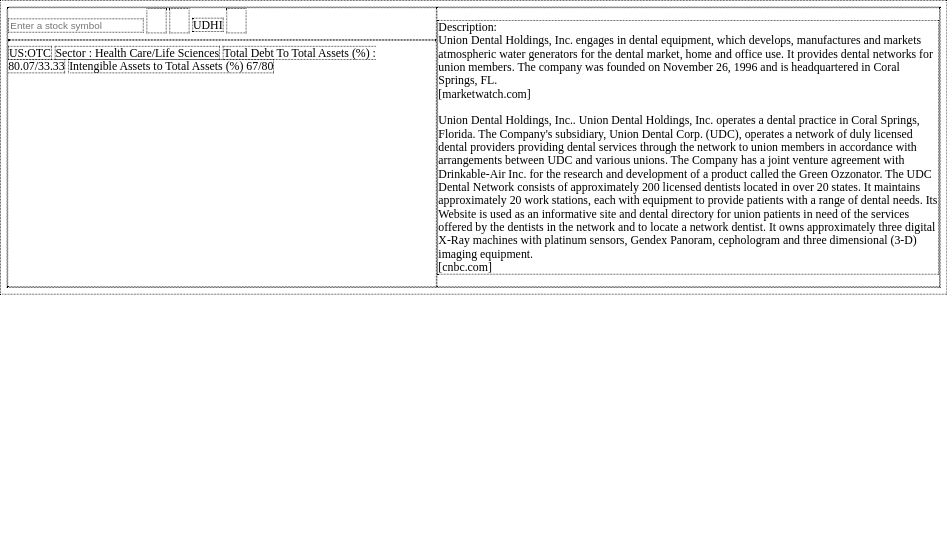
Repository: hadi4172/halal-stock-scanner
Page: popup.html
These files come from the project's save history. The page is drawn as it stood at one moment and after the next save; the edit follows.
The browser window is 1280 px wide. The pictures show the whole page, at 74% of full size.

Above is the page before, as saved 2020-09-24 14:16:23.

### popup.html
<!DOCTYPE html>
<html>

<head>
    <title>Halal Stock Scanner</title>
    <meta charset="UTF-8">
    <script src="popup.js"></script>
    <link rel="stylesheet" href="font-awesome/font-awesome.min.css">
    <link rel="stylesheet" type="text/css" href="popup.css">
</head>

<body>
    <div id=left>
        <input type=text maxlength=5 placeholder="Enter a stock symbol" />
        <i id=search-btn class="fa fa-trash fa-2x"></i>
        <i id=settings-btn class="fa fa-trash fa-2x"></i>
        <span id=symbol>UDHI</span>
        <i id=icon-is-correct-or-no class="fa fa-trash fa-2x"></i>
        <hr>
        <span id=market>US:OTC</span>
        <span id=sector>Sector : Health Care/Life Sciences</span>
        <span id=debt-to-assets>Total Debt To Total Assets (%) : 80.07/33.33</span>
        <span id=intengible-assets-to-total-assets>Intengible Assets to Total Assets (%) 67/80 </span>
    </div>

    <div id=right>
        <p id=description>
            Description: <br />
            Union Dental Holdings, Inc. engages in dental equipment, which develops, manufactures and markets atmospheric water generators for the dental market, home and office use. It provides dental networks for union members. The company was founded on November 26, 1996 and is headquartered in Coral Springs, FL.<br />
            [marketwatch.com]<br /><br />
            Union Dental Holdings, Inc.. Union Dental Holdings, Inc. operates a dental practice in Coral Springs, Florida. The Company's subsidiary, Union Dental Corp. (UDC), operates a network of duly licensed dental providers providing dental services through the network to union members in accordance with arrangements between UDC and various unions. The Company has a joint venture agreement with Drinkable-Air Inc. for the research and development of a product called the Green Ozzonator. The UDC Dental Network consists of approximately 200 licensed dentists located in over 20 states. It maintains approximately 20 work stations, each with equipment to provide patients with a range of dental needs. Its Website is used as an informative site and dental directory for union patients in need of the services offered by the dentists in the network and to locate a network dentist. It owns approximately three digital X-Ray machines with platinum sensors, Gendex Panoram, cephologram and three dimensional (3-D) imaging equipment.<br />
            [cnbc.com]
        </p>
    </div>
</body>

</html>

### popup.css
* {
    border: 1px black dotted;
}

body{
    display:flex;
}

#right{
    width:80%
}

Loaded but not shown: font-awesome/font-awesome.min.css (library); popup.js (no copy from this time; the picture is the same without it)

After the next save:
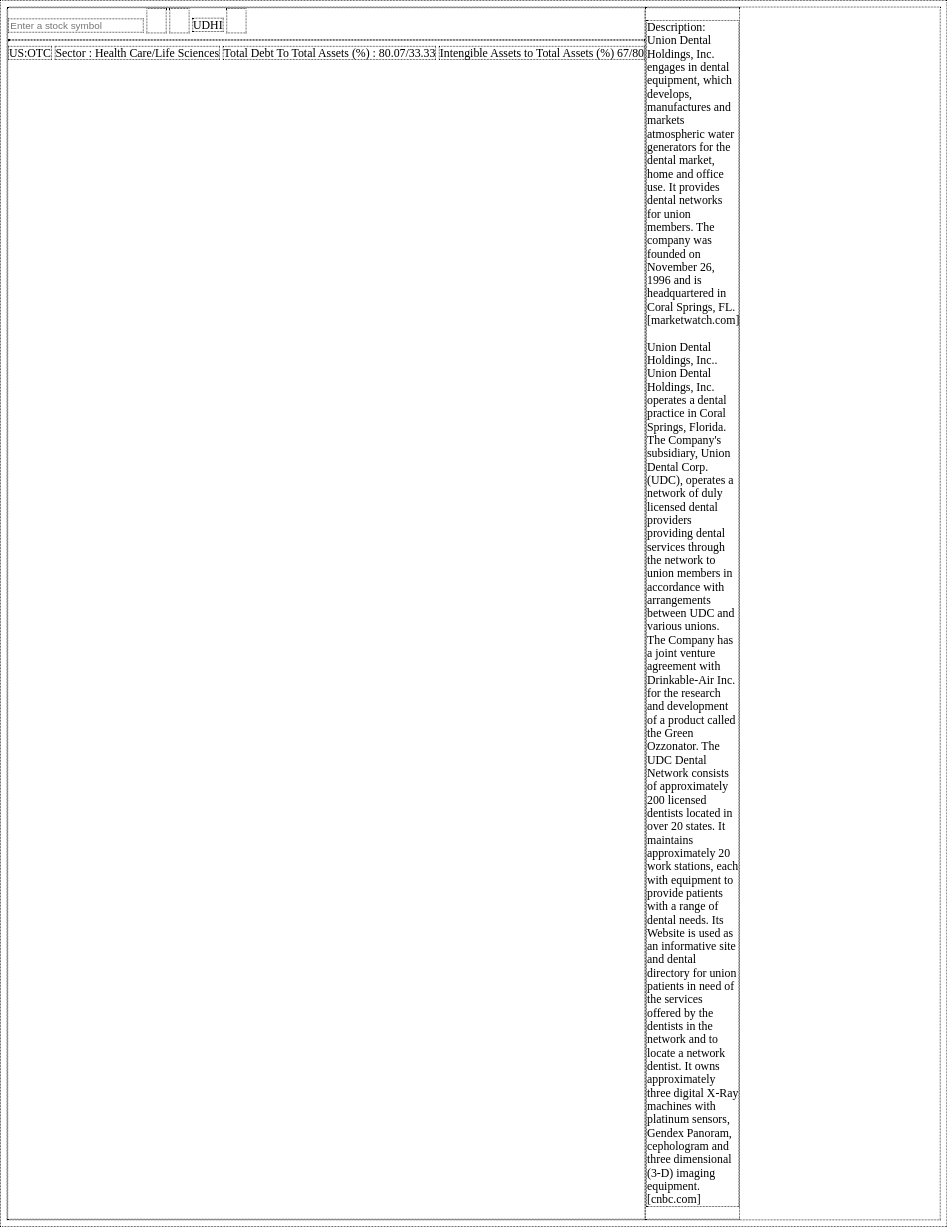
Saved 10 s later.
--- a/popup.css
+++ b/popup.css
@@ -7,5 +7,5 @@
 }
 
 #right{
-    width:80%
+    width:10%
 }
